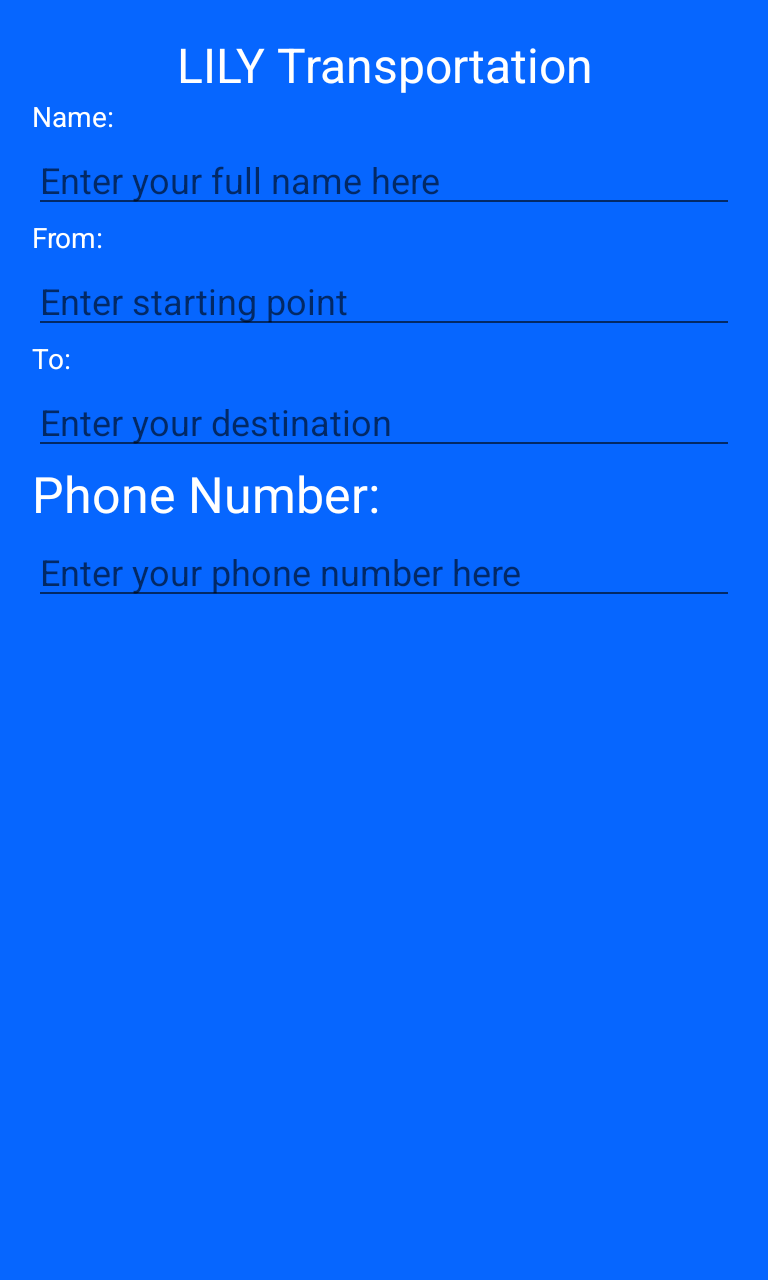
Repository: bwoldemi/LilyTrans
Layout: TransLily/res/layout/activity_main.xml
These files come from the project's save history. The layout is drawn as it stood at one moment and after the next save; the edit follows.
It is drawn on a 768 x 1280 px phone screen (xhdpi) without system bars, with theme AppTheme; the app's code is not run.

Above is the layout before, as saved 2014-09-20 10:57:48.

After the next save:
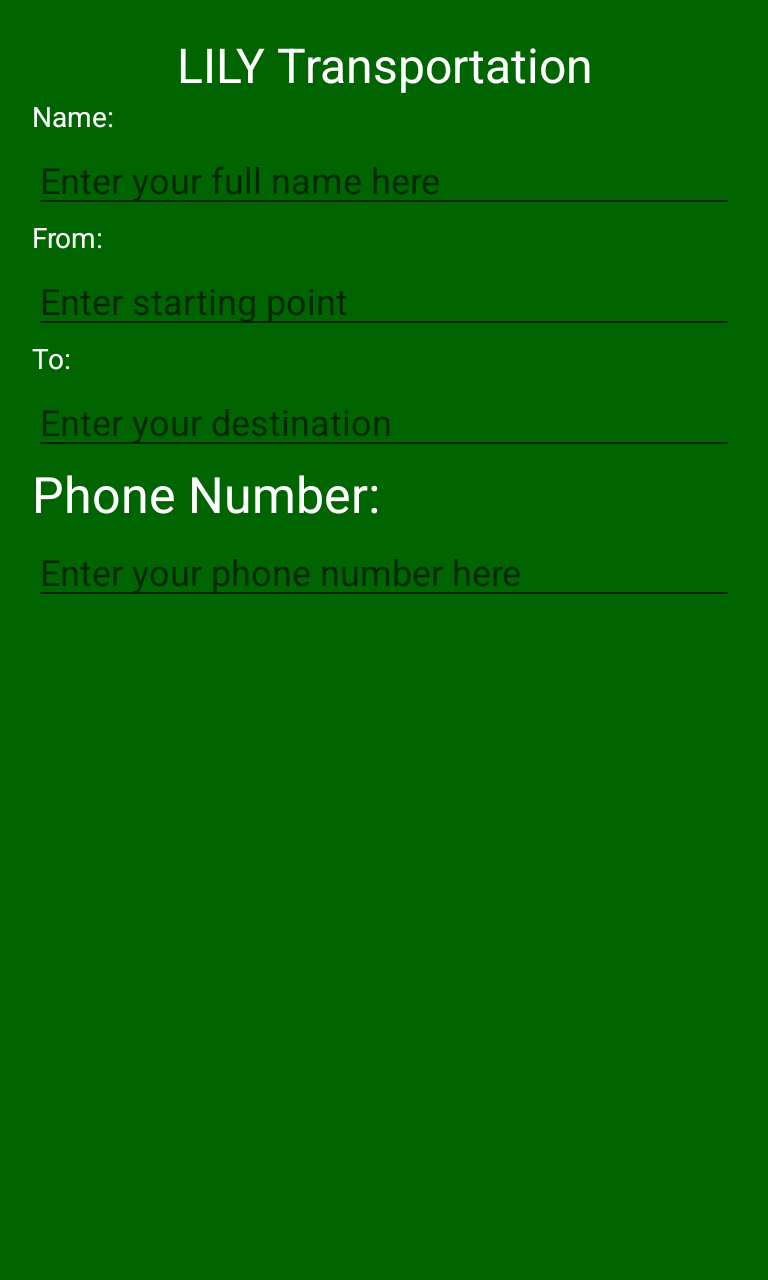
Saved 2 min 18 s later.
--- a/TransLily/res/layout/activity_main.xml
+++ b/TransLily/res/layout/activity_main.xml
@@ -2,7 +2,7 @@
     xmlns:tools="http://schemas.android.com/tools"
     android:layout_width="match_parent"
     android:layout_height="match_parent"
-    android:background="#0666FF"
+    android:background="#006400"
     android:orientation="vertical"
     android:paddingBottom="@dimen/activity_vertical_margin"
     android:paddingLeft="@dimen/activity_horizontal_margin"

After the save that followed:
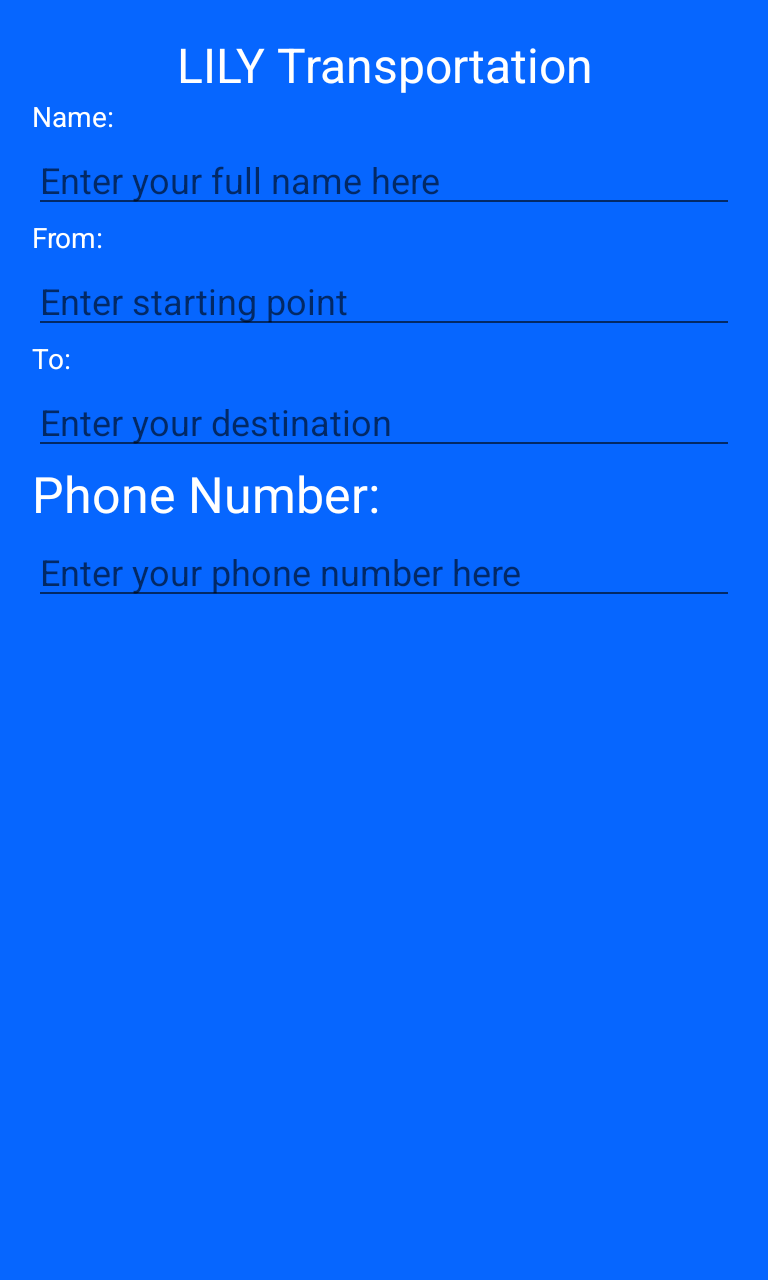
Saved 33 s later.
--- a/TransLily/res/layout/activity_main.xml
+++ b/TransLily/res/layout/activity_main.xml
@@ -2,7 +2,7 @@
     xmlns:tools="http://schemas.android.com/tools"
     android:layout_width="match_parent"
     android:layout_height="match_parent"
-    android:background="#006400"
+    android:background="#0666FF"
     android:orientation="vertical"
     android:paddingBottom="@dimen/activity_vertical_margin"
     android:paddingLeft="@dimen/activity_horizontal_margin"
